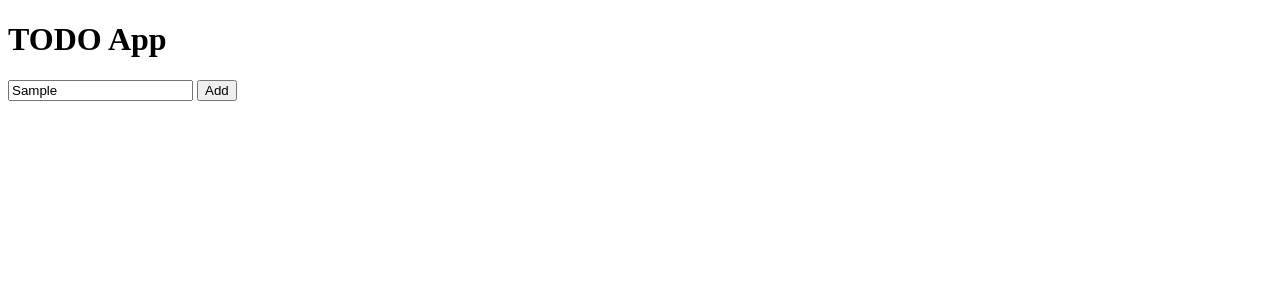
Repository: pawvan/todo_app
Page: markup/tod.html
The author's editor kept a copy of each file at every save. The page is drawn from the files as they stood at one save, then again after a run of saves.
The browser window is 1280 px wide. The pictures show the whole page.
Empty fields were first filled with sample values (such as "Sample", 5 or name@example.com).
After loading, the first visible `#add-button` was clicked once.

Above is the page before, as saved 2025-01-07 14:58:26.
Console error: SyntaxError: Missing initializer in const declaration

After the next 2 saves:
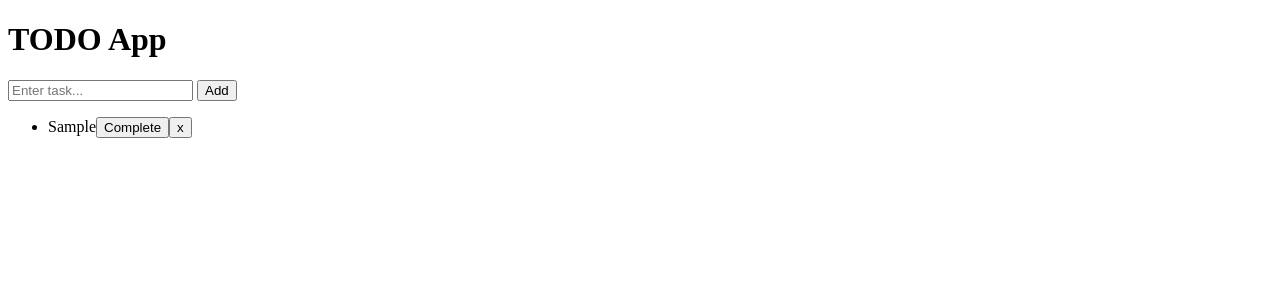
The error is gone.
The 2 saves are shown as one change because they came seconds apart.
The last was saved 14 s later.
--- a/interactivity/todo.js
+++ b/interactivity/todo.js
@@ -32,7 +32,8 @@ function addTask() {
         taskInput.value = '';
     }
     else{
-        const create
+        const createAlert  = document.createElement('div')
+
 
     }
 }
